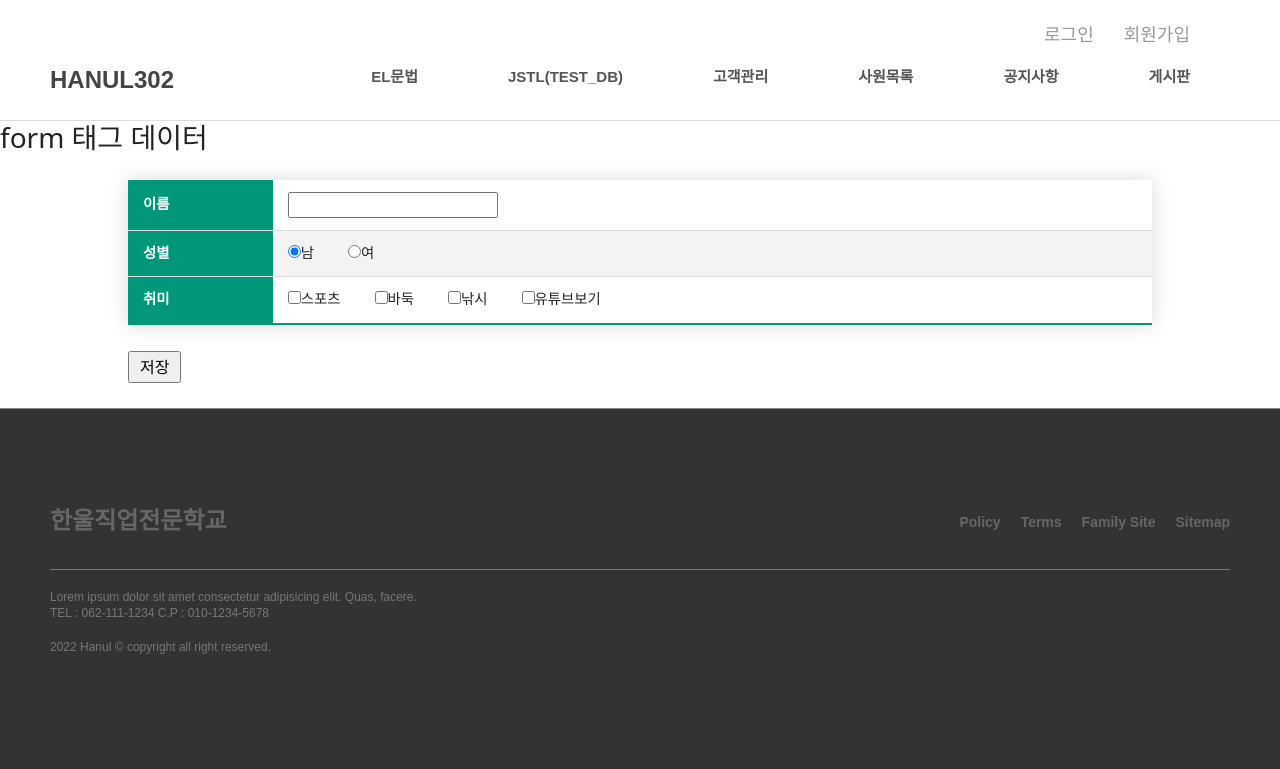
Repository: Xeyeong/servlet
Page: http://localhost/05.MiniProject/el/form.jsp
The author's editor kept a copy of each file at every save. The page is drawn from the files as they stood at one save, then again after the next save.
The browser window is 1280 px wide. The pictures show the whole page.
Some web libraries are served in a nearby version. The page is served by Tomcat 9. Other server files are loaded and not shown.

Above is the page before, as saved 2022-09-20 01:08:12.

### 05.MiniProject/src/main/webapp/el/form.jsp
<%@ page language="java" contentType="text/html; charset=UTF-8"
    pageEncoding="UTF-8"%>
<!DOCTYPE html>
<html>
<head>
<meta charset="UTF-8">
<title>Insert title here</title>
</head>
<body>
<jsp:include page="/include/header.jsp"/>
<h3>form 태그 데이터</h3>

<form method="post" action="parameter.el">
<table class="styled-table">
	<tr>
		<th>이름</th>
		<td><input type="text" name="name"></td>
	</tr>
	<tr>
		<th>성별</th>
		<td>
			<input type="radio" name="gender" value="남" id="male" checked/><label for="male">남</label>
			<label><input type="radio" name="gender" value="여" />여</label>
		</td>
	</tr>

	<tr>
		<th>취미</th>
		<td><label ><input type="checkbox" name="hobby" value="스포츠" />스포츠</label>
			<label ><input type="checkbox" name="hobby" value="바둑" />바둑</label>
			<label ><input type="checkbox" name="hobby" value="낚시" />낚시</label>
			<label ><input type="checkbox" name="hobby" value="유튜브보기" />유튜브보기</label>
		</td>
	</tr>

</table>
<div class="list-top">
	<input type="submit" value="저장" />
</div>
</form>
<jsp:include page="/include/footer.jsp"/>
</body>


</html>

### 05.MiniProject/src/main/webapp/include/header.jsp
<%@ page language="java" contentType="text/html; charset=UTF-8"
    pageEncoding="UTF-8"%>
<!DOCTYPE html>
<html>
<head>
<meta charset="UTF-8">
<meta http-equiv="X-UA-Compatible" content="IE=CHROME">
<meta name="viewport" content="width=device-width, initial-scale=1.0">
<title>실습용 테마</title>
<link rel="icon" href="favicon.ico" type="image/x-icon">
<script src="https://kit.fontawesome.com/c47106c6a7.js"
	crossorigin="anonymous"></script>
<link rel="stylesheet" href="css/style.css?<%=new java.util.Date()%>">
<link rel="stylesheet" href="css/common.css?<%=new java.util.Date()%>">
<script src="js/ie.js"></script>
<link
	href="https://cdn.jsdelivr.net/npm/bootstrap@5.2.0-beta1/dist/css/bootstrap.min.css"
	rel="stylesheet"
	integrity="sha384-0evHe/X+R7YkIZDRvuzKMRqM+OrBnVFBL6DOitfPri4tjfHxaWutUpFmBp4vmVor"
	crossorigin="anonymous">
<script
	src="https://cdn.jsdelivr.net/npm/bootstrap@5.2.0-beta1/dist/js/bootstrap.bundle.min.js"
	integrity="sha384-pprn3073KE6tl6bjs2QrFaJGz5/SUsLqktiwsUTF55Jfv3qYSDhgCecCxMW52nD2"
	crossorigin="anonymous"></script>
<script src="https://code.jquery.com/jquery-3.6.0.min.js"></script>
</head>
<body>
	<header>
		<div class="inner">
			<h1>
				<a href="#">HANUL302</a>
			</h1>
			<ul id="gnb">
				<li><a href="list.el">EL문법</a></li>
				<li><a href="list.te">JSTL(TEST_DB)</a></li>
				<li><a href="list.cu">고객관리</a></li>
				<li><a href="#">사원목록</a></li>
				<li><a href="#">공지사항</a></li>
				<li><a href="#">게시판</a></li>
			</ul>



			<ul class="util">
				<li><a href="#">로그인</a></li>
				<li><a href="#">회원가입</a></li>
			</ul>

		</div>

	</header>
</body>
</html>

### 05.MiniProject/src/main/webapp/include/footer.jsp
<%@ page language="java" contentType="text/html; charset=UTF-8"
    pageEncoding="UTF-8"%>
<footer>
		<div class="inner">
			<div class="upper">
				<h1>한울직업전문학교</h1>
				<ul>
					<li><a href="#">Policy</a></li>
					<li><a href="#">Terms</a></li>
					<li><a href="#">Family Site</a></li>
					<li><a href="#">Sitemap</a></li>
				</ul>
			</div>
			<div class="lower">
				<address>
					Lorem ipsum dolor sit amet consectetur adipisicing elit. Quas,
					facere.<br> TEL : 062-111-1234 C.P : 010-1234-5678
				</address>
				<p>2022 Hanul &copy; copyright all right reserved.</p>
			</div>
		</div>
</footer>

### 05.MiniProject/src/main/webapp/css/style.css
@charset 'utf-8';


* {
	margin: 0px;
	padding: 0px;
	box-sizing: border-box;
}
ul,
ol {
	list-style: none;
}
a {
	text-decoration: none;
}

/* header */
header {
	width: 100%;
	border-bottom: 1px solid #ddd;
}
header .inner {
	width: 1180px;
	height: 120px;
	margin: 0px auto;
	position: relative; /*자식 absolute 요소의 기준점 설정*/
}
header .inner h1 {
	position: absolute;
	left: 0px;
	bottom: 15px;
}
header .inner h1 a {
	font: bold 24px/1 "arial";
	color: #444;
}
header .inner .util {
	position: absolute;
	top: 20px;
	right: 30px;
}
header .inner .util li {
	float: left;
}
header .inner .util li a {
	display: block;
	font: 18px "arial";
	color: #999;
	padding: 0px 10px;
}
header .inner #gnb {
	position: absolute;
	bottom: 0px;
	right: 0px;
}
header .inner #gnb li {
	float: left;
}
header .inner #gnb li a {
	display: block; /*인라인 요소는 block설정하여 크기를 조절가능*/
	font: bold 15px/1 "arial";
	color: #555;
	padding: 20px 40px;
	transition: all 0.5s;
}
header .inner #gnb li a:hover {
	background: #555;
	color: #fff;
}
figure {
	width: 100%;
	height: calc(100vh - 120px); /*전체 브라우저 높이에서 120px만큼 빼줌*/
	background: #000;
	position: relative;
	overflow: hidden;
	padding-top: 250px;
}
figure video {
	object-fit: cover; /*영상을 figure안쪽에 꽉 차도록 설정*/
	width: 100%;
	height: 100%;
	opacity: 0.3;
	position: absolute;
	top: 0px;
	left: 0px;
}
figure .inner {
	width: 1180px;
	margin: 0px auto;
	position: relative;
}
figure .inner h1 {
	font: normal 120px/1 "arial";
	color: #fff;
	margin-bottom: 20px;
}
figure .inner p {
	font: 16px/1.4 "arial";
	color: #888;
	margin-bottom: 60px;
}
figure .inner a {
	display: block;
	width: 400px;
	height: 30px;
	border: 1px solid #bbb;
	font: bold 11px/30px "arial";
	color: #fff;
	text-align: center;
	letter-spacing: 1px;
	transition: all 0.5s;
}
figure .inner a:hover {
	background: #fff;
	color: #555;
}
/* news */
section {
	width: 100%;
	padding: 200px 0px;
}
section .inner {
	width: 1180px;
	margin: 0px auto;
}
section .inner h1 {
	font: bold 24px/1 "arial";
	color: #555;
	text-align: center;
	margin-bottom: 50px;
}
section .inner .wrap {
	width: 100%;
}
section .inner .wrap::after {
	/*자식 요소인 article의 float해제*/
	content: "";
	display: block;
	clear: both;
}
section .inner .wrap article {
	width: 32%;
	float: left;
	margin-right: 20px;
}
section .inner .wrap article:last-child {
	/*제일 오른쪽 마지막 요소만 여백제거*/
	margin-right: 0px;
}
section .inner .wrap article h2 {
	margin-bottom: 10px;
}
section .inner .wrap article h2 a {
	font: bold 16px/1 "arial";
	color: #555;
}
section .inner .wrap article p {
	font: 14px/1.4 "arial";
	color: #777;
}
section .inner .wrap article .pic {
	width: 100%;
	height: 120px;
	background: #333;
	margin-bottom: 15px;
	position: relative;
	overflow: hidden;
}
section .inner .wrap article .pic img {
	object-fit: cover; /*pic프레임안에 이미지 꽉 채움*/
	width: 100%;
	height: 100%;
}
/* footer */
footer {
	width: 100%;
	background: #333;
	padding: 100px 0px;
	border-top: 1px solid #888;
}
footer .inner {
	width: 1180px;
	margin: 0px auto;
}
footer .inner .upper {
	width: 100%;
	border-bottom: 1px solid #777;
	padding-bottom: 20px;
}
footer .inner .upper::after {
	/*상단 영역 float해제*/
	content: "";
	display: block;
	clear: both;
}
footer .inner .upper h1 {
	float: left;
	font: bold 24px/1 "arial";
	color: #666;
}
footer .inner .upper ul {
	float: right;
}
footer .inner .upper ul li {
	float: left;
	margin-left: 20px;
}
footer .inner .upper ul li a {
	font: bold 14px/1 "arial";
	color: #666;
}
footer .inner .lower {
	width: 100%;
	padding-top: 20px;
}
footer .inner .lower address {
	width: 100%;
	font: 12px/1.3 "arial";
	color: #777;
	margin-bottom: 20px;
}
footer .inner .lower p {
	width: 100%;
	font: 12px/1 "arial";
	color: #777;
}

.styled-table {
	width: 80%;
    border-collapse: collapse;
    margin: 2% 10% 2% 10% ;
    font-size: 0.9em;
    font-family: sans-serif;
    min-width: 400px;
    box-shadow: 0 0 20px rgba(0, 0, 0, 0.15);

}

.styled-table thead tr {
    background-color: #009879;
    color: #ffffff;
    text-align: left;
}

.styled-table th,
.styled-table td {
    padding: 12px 15px;
}

.styled-table tbody tr {
    border-bottom: 1px solid #dddddd;
}

.styled-table tbody tr:nth-of-type(even) {
    background-color: #f3f3f3;
}

.styled-table tbody tr:last-of-type {
    border-bottom: 2px solid #009879;
}

.styled-table tbody tr.active-row {
    font-weight: bold;
    color: #009879;
}



.styled-table {
	width: 80%;
    border-collapse: collapse;
    margin: 2% 10% 2% 10%;
    font-size: 0.9em;
    font-family: sans-serif;
    min-width: 400px;
    box-shadow: 0 0 20px rgba(0, 0, 0, 0.15);
}

.styled-table thead tr {
    background-color: #009879;
    color: #ffffff;
    text-align: left;
}

.styled-table th,
.styled-table td {
    padding: 12px 15px;
}

.styled-table tbody tr {
    border-bottom: 1px solid #dddddd;
}

.styled-table tbody tr:nth-of-type(even) {
    background-color: #f3f3f3;
}

.styled-table tbody tr:last-of-type {
    border-bottom: 2px solid #009879;
}

.styled-table tbody tr.active-row {
    font-weight: bold;
    color: #009879;
}
.list-top{
	width: 80%;
	margin: 2%, 10%;
}
input[ type=button ] {
	padding : 2px 10px
}

input[ type=submit ]{
	padding: 2px 10px
}
label:not(:last-child) {
	margin-right: 30px
}

### 05.MiniProject/src/main/webapp/css/common.css
@charset "UTF-8";

ul {
	list-style-type: none;
	align-items: center;
	padding: 0;
}

.center {
	position: absolute;
	left: 50%;
	top: calc(120px + 50%);
	transform: translate(-50%, -50%);
}

.list-top {
	display: flex;
	justify-content: space-between;
}

.list-top ul {
	display: flex;
}

table.tb-list th, table.tb-list td {
	border: 1px solid #b0b0b0;
}

.list-top {
	width: 80%;
	margin: 2% 10%
}

input[type=button], input[type=submit] {
	padding: 2px 10px
}

table th {
	background-color: #009879 !important;
	color: #fff;
}

label:not(:last-child) {
	margin-right: 30px
}

.btnSet {
	margin: 20px auto;
	width: 80%;
}

.btnSet a:not(:last-child) {
	margin-right: 5px
}

a {
	text-decoration: none !important;
}

a.btn-fill, a.btn-empty {
	height: 28px;
	padding: 3px 15px;
	border: 1px solid #009879;
	border-radius: 3px;
}

a.btn-fill {
	background-color: #009879;
	color: #fff;
}

a.btn-empty {
	color: #009879;
}

input {
	padding: 0 10px;
}

input:focus {
	outline: none !important;
	border-color: #009879;
}

.tb-wrap {
	overflow: auto;
	margin: 20px auto;
	height: 500px;
	width: 80%;
}

.tb-wrap table {
	width: 100%;
	margin: 0;
}

header ul li:not(:first-child) {
	margin-left: 10px
}

.valid {
	color: green;
	font-size: 14px;
	font-weight: bold;
}

.invalid {
	color: red;
	font-size: 14px;
	font-weight: bold;
}

.font {
	font-size: 18px;
}

#delete {
	display: none;
}

.w-px40 {
	width: 40px
}

.w-px60 {
	width: 60px
}

.w-px80 {
	width: 80px
}

.w-px100 {
	width: 100px
}

.w-px120 {
	width: 120px
}

.w-px140 {
	width: 140px
}

.w-px160 {
	width: 160px
}

.w-px180 {
	width: 180px
}

.w-px200 {
	width: 200px
}

.w-px220 {
	width: 220px
}

.w-px250 {
	width: 250px
}

.w-px300 {
	width: 300px
}

Loaded but not shown: 05.MiniProject/src/main/webapp/js/ie.js (common file)

After the next save:
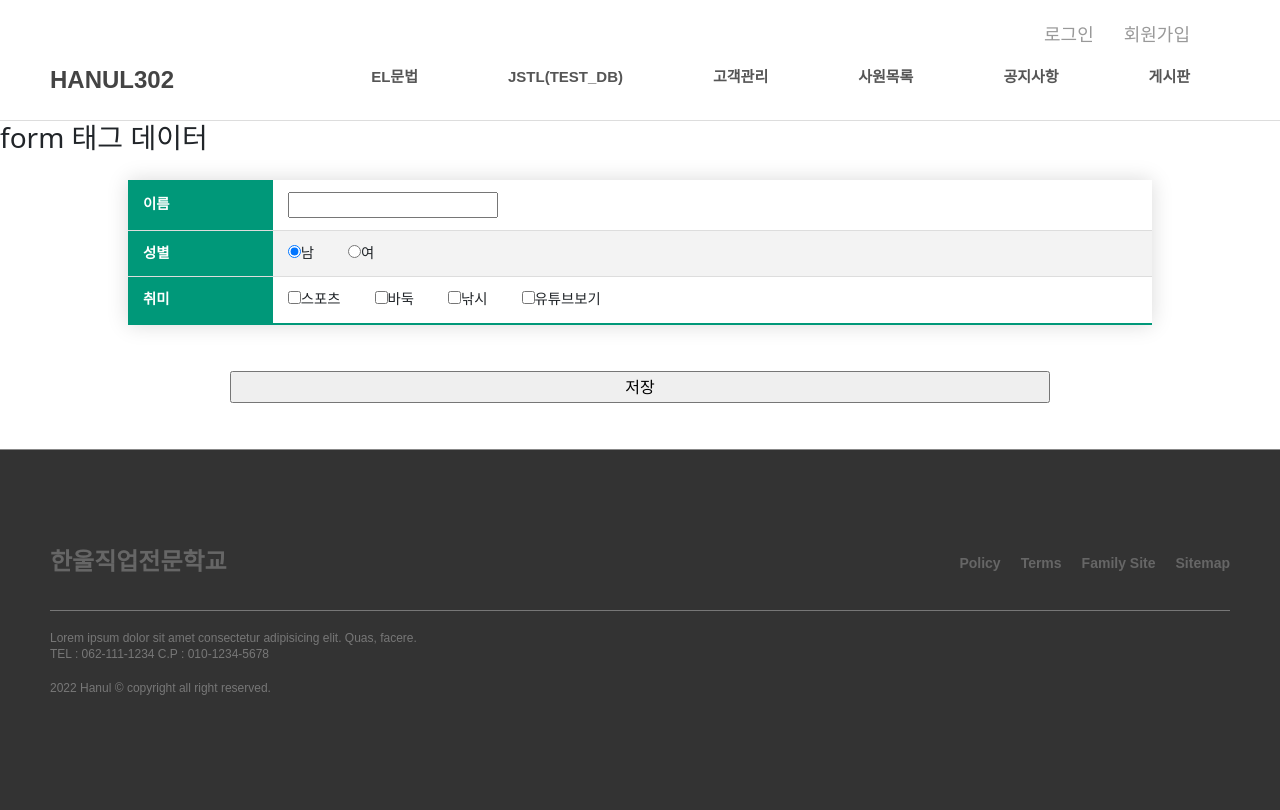
Saved 36 s later.
--- a/05.MiniProject/src/main/webapp/el/form.jsp
+++ b/05.MiniProject/src/main/webapp/el/form.jsp
@@ -35,7 +35,7 @@
 
 </table>
 <div class="list-top">
-	<input type="submit" value="저장" />
+	<input class="list-top" type="submit" value="저장" />
 </div>
 </form>
 <jsp:include page="/include/footer.jsp"/>

After the save that followed:
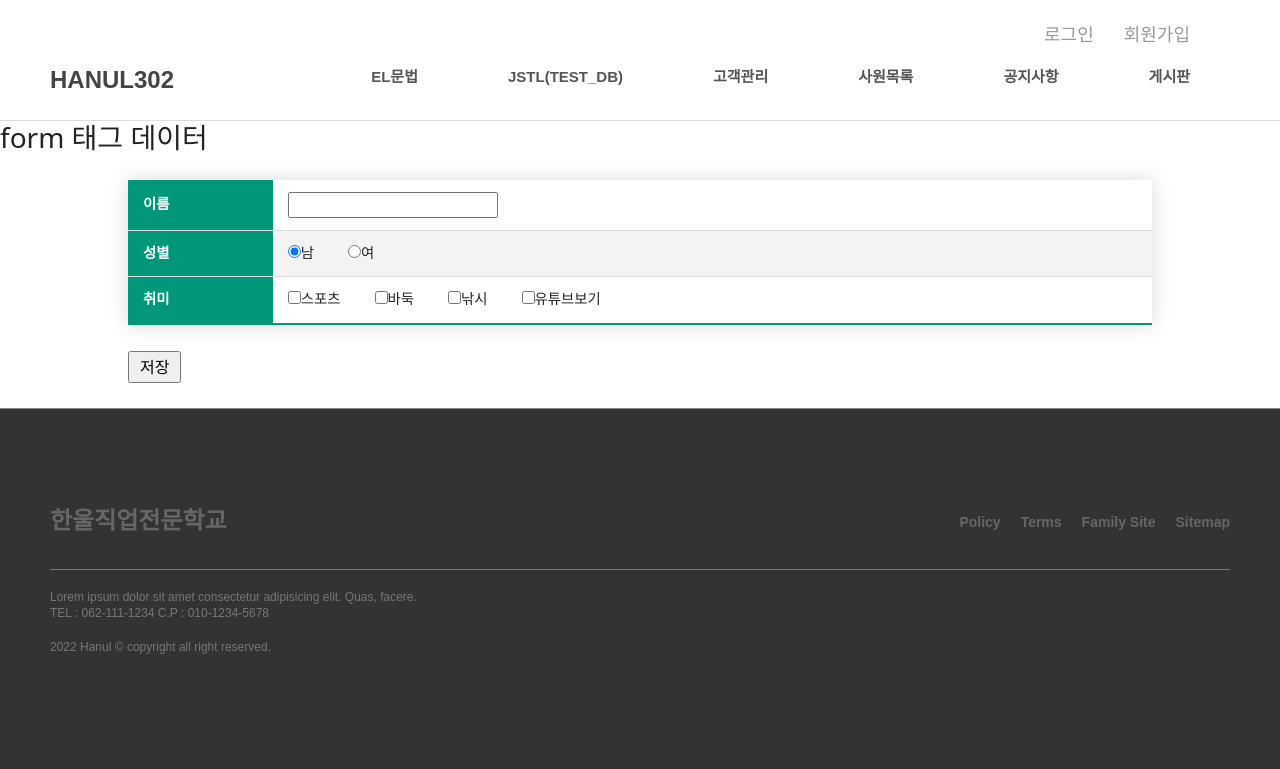
Saved 11 s later.
--- a/05.MiniProject/src/main/webapp/el/form.jsp
+++ b/05.MiniProject/src/main/webapp/el/form.jsp
@@ -35,7 +35,7 @@
 
 </table>
 <div class="list-top">
-	<input class="list-top" type="submit" value="저장" />
+	<input  type="submit" value="저장" />
 </div>
 </form>
 <jsp:include page="/include/footer.jsp"/>
